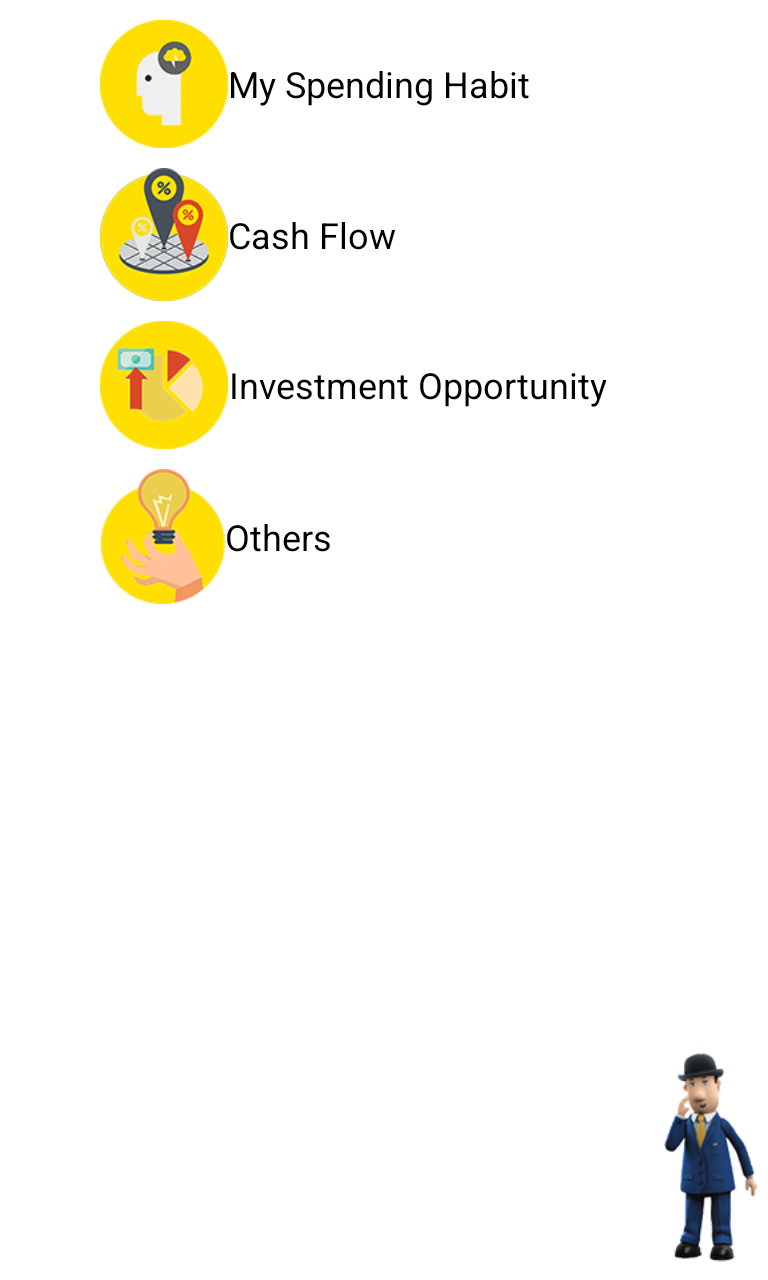
Repository: derek-zhan/RBCPrototypeChallenge
Layout: RBCPrototype/res/layout/activity_menu.xml
These files come from the project's save history. The layout is drawn as it stood at one moment and after a run of saves; the edit follows.
It is drawn on a 768 x 1280 px phone screen (xhdpi) without system bars, with theme AppTheme; the app's code is not run. Lists and similar views that code fills are empty.

Above is the layout before, as saved 2014-06-03 22:22:54.

After the next 2 saves:
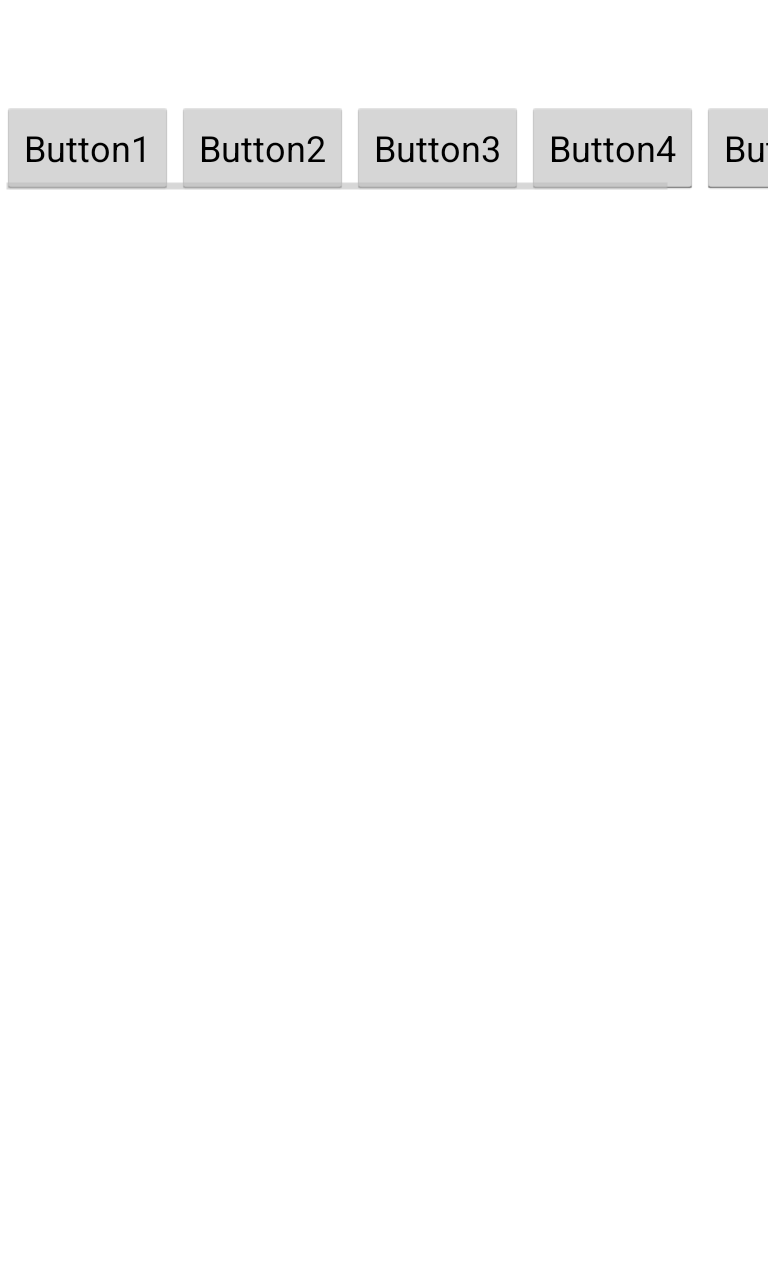
The 2 saves are shown as one change because 1 did not build or start.
The last was saved 47 h 57 min later.
--- a/RBCPrototype/res/layout/activity_menu.xml
+++ b/RBCPrototype/res/layout/activity_menu.xml
@@ -11,57 +11,39 @@
        android:layout_height="match_parent"
        android:id="@+id/menu_relative_layout"
     >
-    	<Button
-    		android:id="@+id/analyzing_button"
-    		android:layout_marginLeft="50dp"
-    		android:layout_marginTop="10dp"
-    		android:layout_width="wrap_content"
-    		android:layout_height="wrap_content"
-    		android:layout_alignParentLeft="true"
-    		android:drawableLeft="@drawable/icon_analyzing"
-    		android:background="@null"
-    		android:text="@string/analyzing_button_text"/>
-    	<Button
-    		android:id="@+id/cashflow_button"
-    		android:layout_marginLeft="50dp"
-    		android:layout_marginTop="10dp"
-    		android:layout_width="wrap_content"
-    		android:layout_height="wrap_content"
-    		android:layout_below="@id/analyzing_button"
-    		android:layout_alignParentLeft="true"
-    		android:drawableLeft="@drawable/icon_cashflow"
-    		android:background="@null"
-    		android:text="@string/cashflow_button_text"/>
-    	<Button
-    		android:id="@+id/expenses_button"
-    		android:layout_marginLeft="50dp"
-    		android:layout_marginTop="10dp"
-    		android:layout_width="wrap_content"
-    		android:layout_height="wrap_content"
-    		android:layout_below="@id/cashflow_button"
-    		android:layout_alignParentLeft="true"
-    		android:drawableLeft="@drawable/icon_expenses"
-    		android:background="@null"
-    		android:text="@string/expenses_button_text"/>
-    	<Button
-    		android:id="@+id/suggestions_button"
-    		android:layout_marginLeft="50dp"
-    		android:layout_marginTop="10dp"
-    		android:layout_width="wrap_content"
-    		android:layout_height="wrap_content"
-    		android:layout_below="@id/expenses_button"
-    		android:layout_alignParentLeft="true"
-    		android:drawableLeft="@drawable/icon_suggestions"
-    		android:background="@null"
-    		android:text="@string/suggestions_button_text"/>
-    	<ImageButton
-        android:id="@+id/rbc_man"
+     <HorizontalScrollView
         android:layout_width="wrap_content"
         android:layout_height="wrap_content"
-        android:layout_alignParentRight="true"
-        android:layout_alignParentBottom="true"
-        android:src="@drawable/whisper_arbie"
-        android:background="@null"/>
+        android:layout_marginTop="50dp"
+        >
+        <LinearLayout
+            android:layout_width="wrap_content"
+            android:layout_height="wrap_content"
+            android:orientation="horizontal" >
+            <Button
+                android:layout_width="wrap_content"
+                android:layout_height="wrap_content"
+                android:text="Button1" />
+            <Button
+                android:layout_width="wrap_content"
+                android:layout_height="wrap_content"
+                android:text="Button2" />
+            <Button
+                android:layout_width="wrap_content"
+                android:layout_height="wrap_content"
+                android:text="Button3" />
+            <Button
+                android:layout_width="wrap_content"
+                android:layout_height="wrap_content"
+                android:text="Button4" />
+            <Button
+                android:layout_width="wrap_content"
+                android:layout_height="wrap_content"
+                android:text="Button5" />
+        </LinearLayout>
+
+    </HorizontalScrollView>
+
 
 
     </RelativeLayout>
